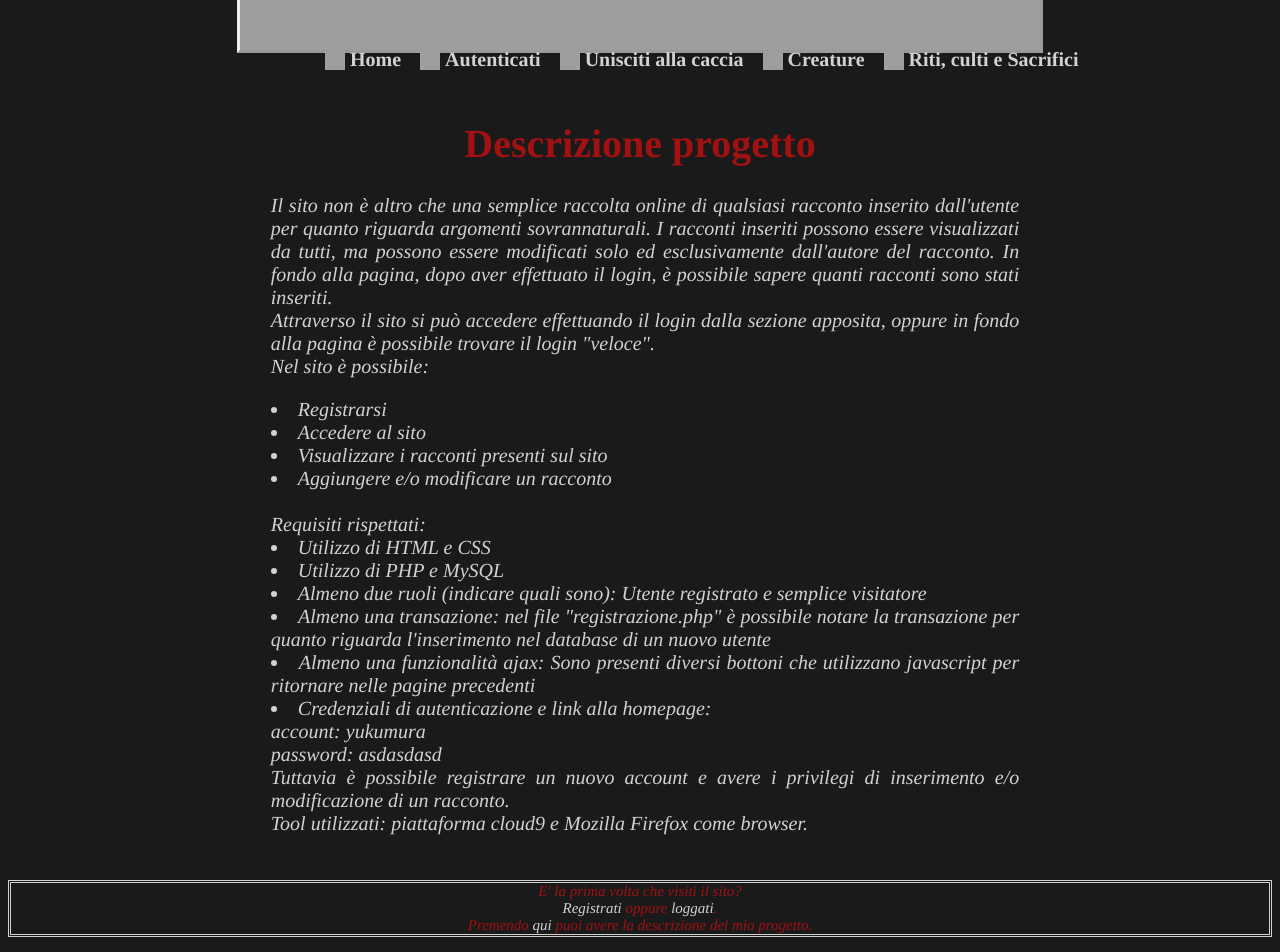
Repository: yukumura/yukumura-s-project
Page: http://localhost/descrizione.php
The author's editor kept a record of every edit. The page is drawn from the files as they stood at one moment, then again after the next edit.
The browser window is 1280 px wide. The pictures show the part of the page from y = 183 to 1135 px (the page is 1135 px tall).
Pictures or frames that could not be fetched are drawn as grey boxes. The page is run by PHP 8.4 with error messages shown; the project is at /var/www/html/.

Above is the page before.

After the next edit:
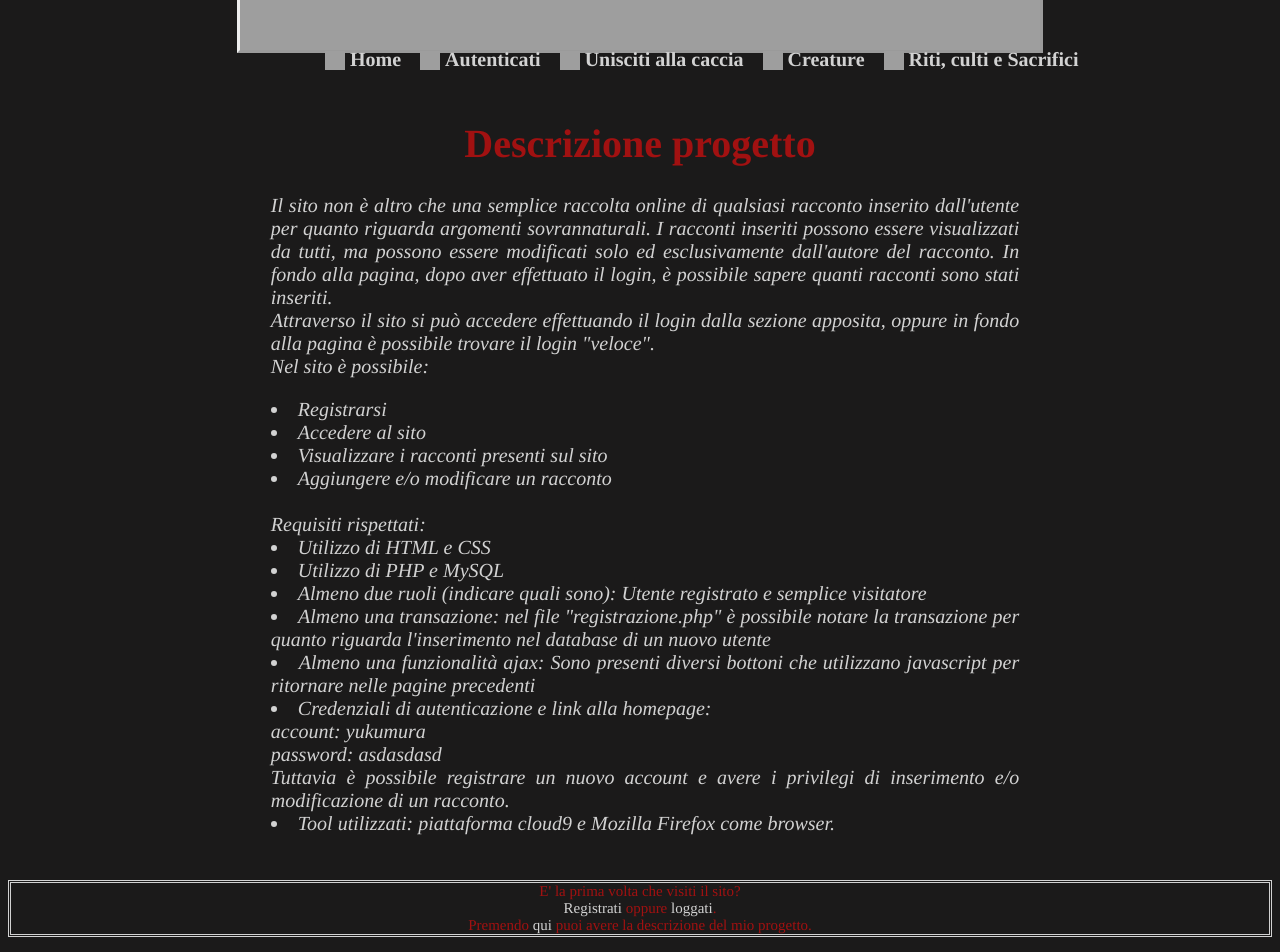
The edit:
--- a/descrizione.php
+++ b/descrizione.php
@@ -42,7 +42,7 @@
     <li>Almeno una transazione: nel file "registrazione.php" è possibile notare la transazione per quanto riguarda l'inserimento nel database di un nuovo utente</li>
     <li>Almeno una funzionalità ajax: Sono presenti diversi bottoni che utilizzano javascript per ritornare nelle pagine precedenti</li>
     <li>Credenziali di autenticazione e link alla homepage:<br> account: yukumura<br>password: asdasdasd<br>Tuttavia è possibile registrare un nuovo account e avere i privilegi di inserimento e/o modificazione di un racconto.</li>
-    Tool utilizzati: piattaforma cloud9 e Mozilla Firefox come browser.
+    <li>Tool utilizzati: piattaforma cloud9 e Mozilla Firefox come browser.</li></em>
     </div>
     </div>
     </div>
